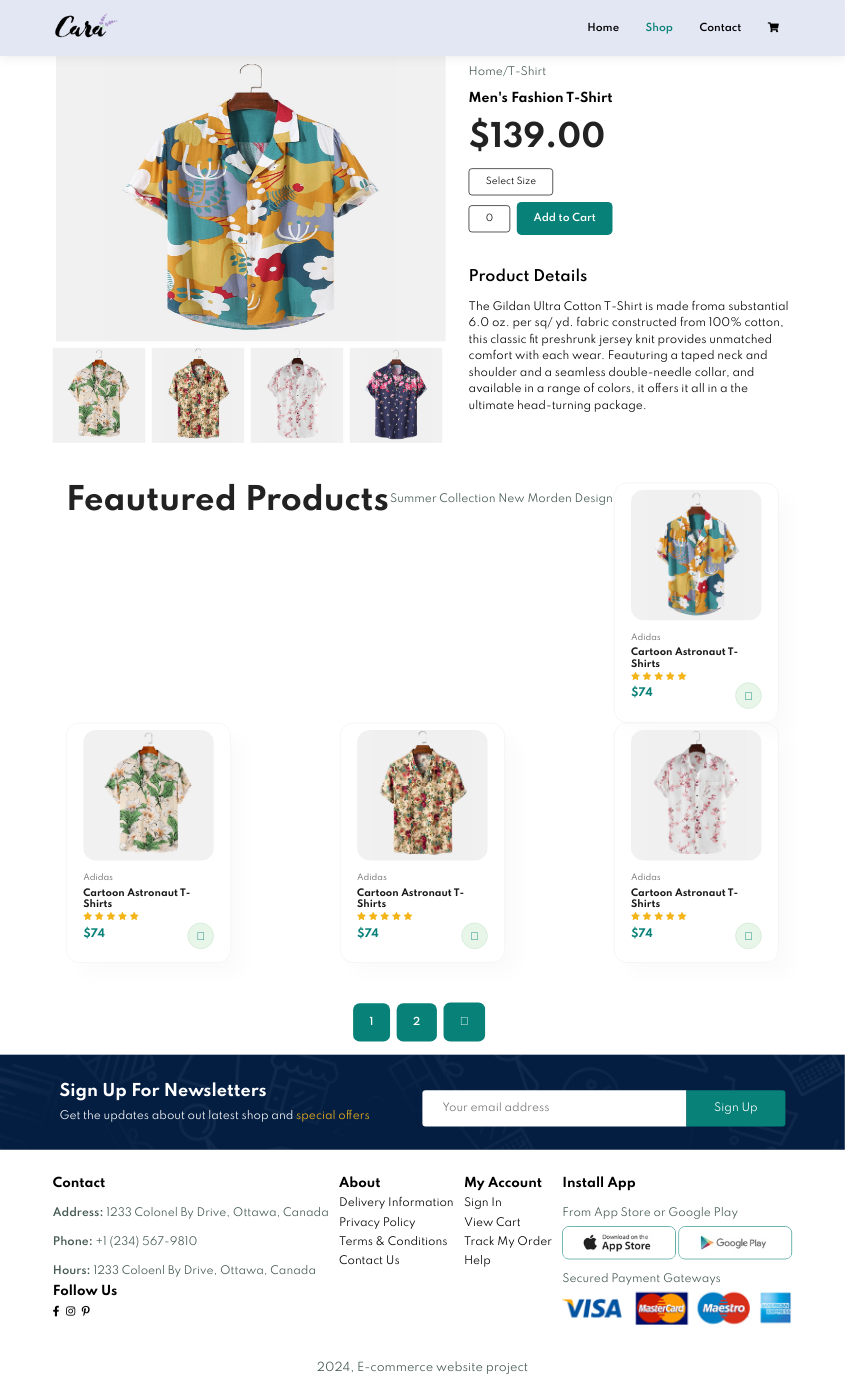
Repository: Daryllgio/E-Commerce-Website-UI
Page: ItemDetail.html
The author's editor kept a copy of each file at every save. The page is drawn from the files as they stood at one save, then again after the next save.
The browser window is 1280 px wide. The pictures show the whole page, at 66% of full size.
Some web libraries are served in a nearby version.

Above is the page before, as saved 2025-01-01 21:20:51.

After the next save:
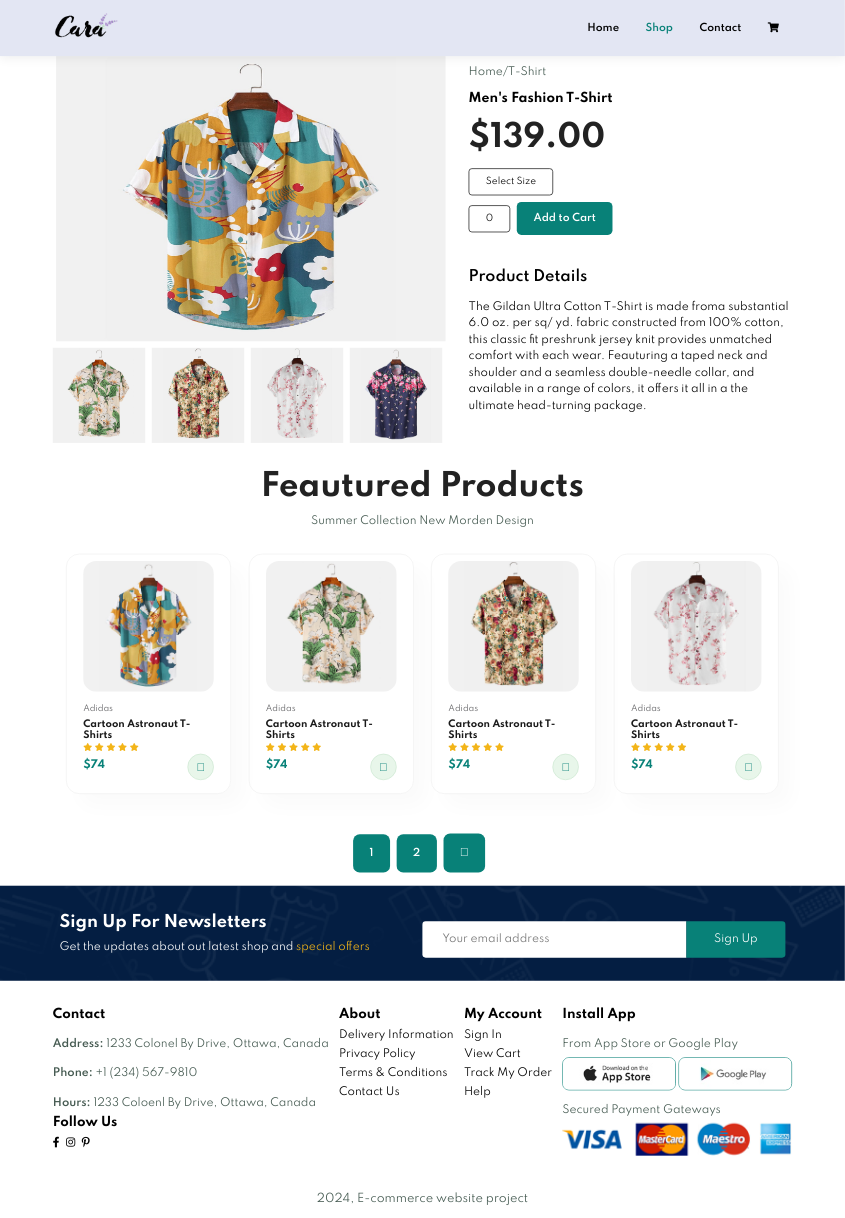
Saved 12 s later.
--- a/ItemDetail.html
+++ b/ItemDetail.html
@@ -90,13 +90,13 @@
 
 
     <section id="product1" class="section-p1">
+        <h2>
+            Feautured Products
+        </h2>
+        <p>
+            Summer Collection New Morden Design
+        </p>
         <div class="pro-container">
-            <h2>
-                Feautured Products
-            </h2>
-            <p>
-                Summer Collection New Morden Design
-            </p>
             <div class="pro">
                 <img src="img/products/f1.jpg" alt="">
                 <div class="des">
